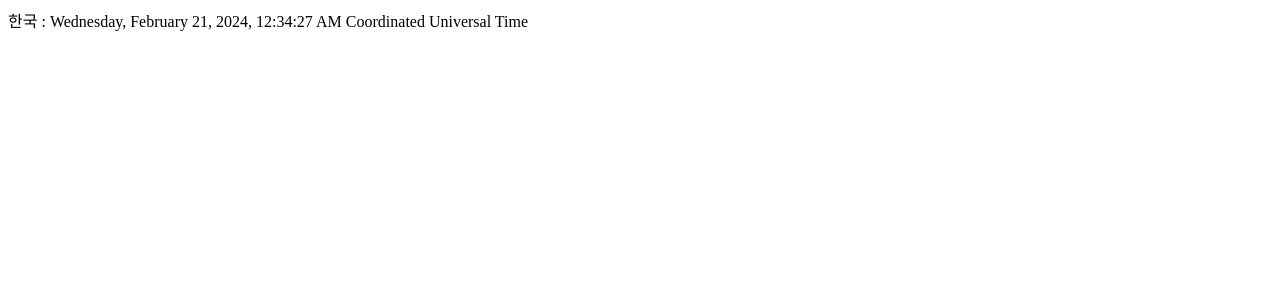
Repository: ramperrit/JSP
Page: http://localhost/JSPBook/Ch09/jstl_fmt04.jsp
An editor plug-in stored every save of this project. The page is shown before and after the next save, followed by the edit.
The browser window is 1280 px wide. The pictures show the whole page.
The page is served by Tomcat 9. Nobody is signed in. The application's start-up code is not run.

Above is the page before, as saved 2024-02-26 02:38:58.

After the next save:
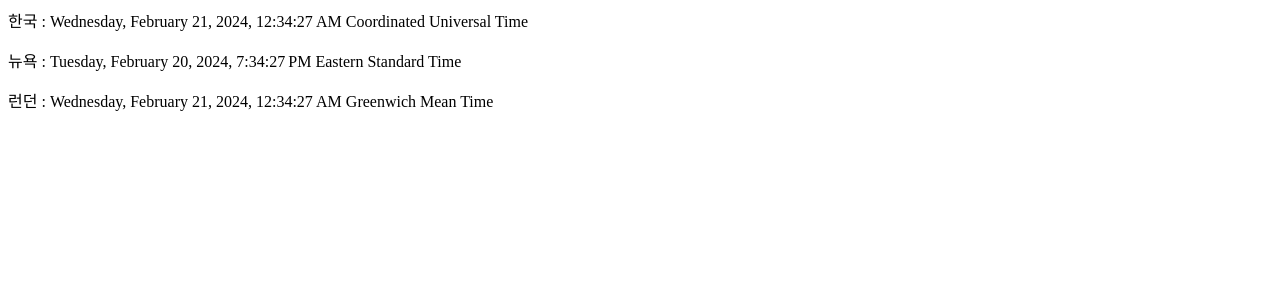
Saved 73 s later.
--- a/JSPBook/src/main/webapp/Ch09/jstl_fmt04.jsp
+++ b/JSPBook/src/main/webapp/Ch09/jstl_fmt04.jsp
@@ -7,5 +7,11 @@
 <body>
 	<jsp:useBean id="now" class="java.util.Date"/>
 	<p> 한국 : <fmt:formatDate value="${now}" type="both" dateStyle="full" timeStyle="full"/>
+	<p> <fmt:timeZone value="America/New_York">
+		뉴욕 : <fmt:formatDate value="${now}" type="both" dateStyle="full" timeStyle="full"/>
+	</fmt:timeZone>
+	<p> <fmt:timeZone value="America?New_York">
+		런던 : <fmt:formatDate value="${now}" type="both" dateStyle="full" timeStyle="full"/>
+	</fmt:timeZone>
 </body>
 </html>
